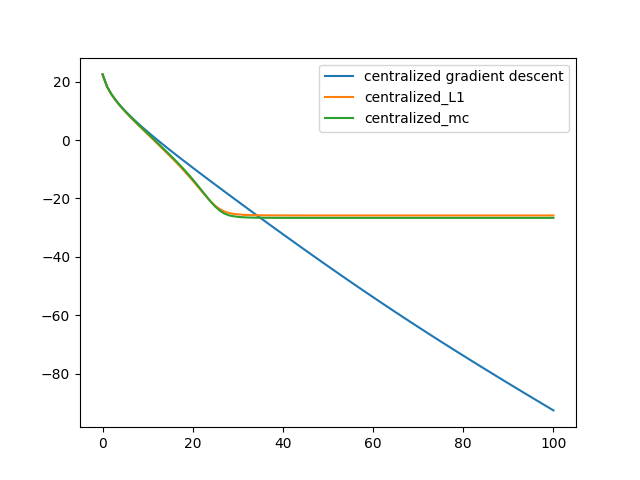
Repository: komuro-zero/distributed-optimization
Script's output: python main_weakly_sparse.py
The author's editor kept a copy of each file at every save. The script's output is drawn from the files as they stood at one save, then again after a run of saves.
Random numbers start from a fixed seed.

Above is the script's output before, as saved 2019-09-26 19:34:21.

### main_weakly_sparse.py
import numpy as np
import matplotlib.pyplot as plt
from numpy.random import *
from modules.distributed_functions_wj import functions


np.random.seed(0)
class distributed_updates(functions):


    def __init__(self):

        self.N = 40
        self.m = 100
        self.r_i = 30
        self.iteration = 100
        self.sparsity_percentage = 0.2
        #self.lamb = 10**-3
        #self.eta = 0.2
        #self.rho = s
        #self.lamb*(10**2)
        self.lamb = 1
        self.eta = 0.003
        self.rho = self.lamb*(1**2)
        if self.lamb/self.rho <= self.eta*self.lamb:
            print("faulty rho")
            exit()

    def make_variables(self):
        """
        w_star,U_all,d_allを返㝙
        """
        how_weak = 0.1
        w = randn(self.N,1)
        w_star = self.w_star_weakly_sparse(self.N,self.sparsity_percentage,how_weak)
        U_all = randn(self.m,self.N)
        w_star_noise = w_star #+randn(self.N,1)/100
        #w_star_noise = w_star_noise/np.dot(w_star_noise.T,w_star_noise)
        d_all = np.dot(U_all,w_star_noise)
        L2 = np.dot(w_star.T,w_star)

        return w,w_star,U_all,d_all,L2,w_star_noise

    def run(self):
        w,w_star,U_all,d_all,L2,w_star_noise = self.make_variables()
        c = self.adjacency_matrix(self.m,self.r_i)
        self.disjoint_checker(c,self.m)
        w_all = self.make_w(self.m,self.N)

        error_cgd,wcgd = self.centralized_gradient_descent(U_all,d_all,w,w_star,L2,0.003,self.iteration)
        error,wcl1 = self.centralized_L1(U_all,d_all,w,w_star,L2,0.003,0.003,self.iteration)
        error,wcmc = self.centralized_mc(U_all,d_all,w,w_star,L2,self.lamb,self.eta,self.rho,self.iteration)
        #self.distributed_gradient_descent_wj(U_all,d_all,w_star,L2,self.N,self.m,self.r_i,0.25,self.iteration,c,w_all,wcgd)
        #self.distributed_L1_wj(U_all,d_all,w_star,L2,self.N,self.m,self.r_i,10**-4,0.24,self.iteration,c,w_all,wcl1)
        #self.distributed_mc_wj(U_all,d_all,w_star,L2,self.N,self.m,self.r_i,self.lamb,self.eta,self.rho,self.iteration,c,w_all,wcmc)
        #self.distributed_gradient_descent(U_all,d_all,w_star,L2,self.N,self.m,self.r_i,0.21,self.iteration,c,w_all)
        #self.distributed_mc(U_all,d_all,w_star,L2,self.N,self.m,self.r_i,self.lamb,self.eta,self.rho,self.iteration,c,w_all)

        #error = [cgd[-1],cl1,cmc[-1],dgd[-1],dl1[-1],dmc[-1]]
        #return error[-1]#w_star,w_star_noise,wcgd,wcl1,wcmc

"""
    #not completed
    def run_distributed(self):
        w,w_star,U_all,d_all,L2 = self.make_variables()

        lamb_l1 = 9*10**-5
        lamb_mc = 10**-3
        eta_gd = 0.1
        eta_l1 = 0.09
        eta_mc = 0.01

        self.distributed(U_all,d_all,w_star,L2,self.N,self.m,self.r_i,lamb_l1,lamb_mc,eta_gd,eta_l1,eta_mc,self.rho,self.iteration)
"""


if __name__ == "__main__":
    simulation = distributed_updates()
    cgd=cl1=cmc=dgd=dl1=dmc=[]
    for i in range(1):
        simulation.run()
        #cgd.append(error)
        """
        error = simulation.run()
        cgd.append(error[0])
        cl1.append(error[1])
        cmc.append(error[2])
        dgd.append(error[3])
        dl1.append(error[4])
        dmc.append(error[5])

        print("iteration:",i)
        """
    #times = range(len(cgd))

    #print("average:",sum(cgd)/len(cgd),"\n max:",max(cgd))
    #print("w_star:",w_star,"\nwcgd:",wcgd-w_star_noise,"\nwcl1:",wcl1-w_star_noise,"\nwcmc:",wcmc-w_star_noise)
    #plt.bar(times,cgd)
    plt.legend()
    plt.show()

### modules/distributed_functions_wj.py
#functions used in each simulations
import numpy as np
from numpy.random import *
import matplotlib.pyplot as plt

#np.random.seed(0)

class functions():
	def w_star(self,N,sparse_percentage):
		w_star = randn(N,1)     #平均は0
		before_length = len(w_star)
		after_length = before_length
		while (after_length / before_length) > sparse_percentage:
			a = randint(0,N-1)
			w_star[a] = 0
			after_length = len(np.unique(w_star))-1  #重複要素の削除
		return w_star

	def w_star_weakly_sparse(self,N,sparse_percentage,how_weak):
		w_star = randn(N,1)     #平均は0
		before_length = len(w_star)
		after_length = before_length
		while (after_length / before_length) > sparse_percentage:
			a = randint(0,N-1)
			w_star[a] = 0
			after_length = len(np.unique(w_star))-1  #重複要素の削除
		w_star_prox = np.zeros((len(w_star),1))
		for i in range(len(w_star)):
			if w_star[i] == 0:
				w_star_prox[i] = randn()
		w_star_prox = w_star_prox/np.dot(w_star_prox.T,w_star_prox)
		w_star = w_star/np.dot(w_star.T,w_star)
		w_star += how_weak*w_star_prox
		return w_star

	def w_star_weakly_sparse_sample(self,N,sparse_percentage):
		w_star = self.w_star(N,sparse_percentage)
		for i in range(len(w_star)):
			if w_star[i] == 0:
				w_star[i] = 0.0001
			else:
				w_star[i] = 1
		return w_star

	def db(self,x, y):
		db = 10 * np.log10(x / y)
		return db[0][0]

	def adjacency_matrix(self,m,r_i):
		"""
		disjointed example
		a = [1]*r_i
		b = [0]*(m-r_i)
		a.extend(b)
		c = [1]*r_i
		d = [0]*(m-r_i)
		d.extend(c)
		aa = [a]*int(m/2)
		dd = [d]*int(m/2)
		dd.extend(aa)
		result = np.array(dd)
		for i in range(len(result)):
			result[i][i]=1

		"""
		c = np.eye(m)
		for j in range(m):
			counter = 0
			while counter != r_i:
				random_num = np.random.randint(0,m)
				if c[j][random_num] != 1:
					c[j][random_num] = 1
					counter += 1
		return c

	def find_ones(self,row):
		result = [i for i, element in enumerate(row) if element == 1]
		return result

	def all_connections(self,c_list):
		result = []
		for row in c_list:
			result.append(self.find_ones(row))
		return result

	def delete_self(self,all_connection):
		for i in range(len(all_connection)):
			all_connection[i].remove(i)
		return all_connection

	def disjoint_checker(self,c,m):
		c_list = c.tolist()
		all_connection = self.all_connections(c_list)
		adjacent_matrix = self.delete_self(all_connection)
		check_node = adjacent_matrix[0]
		connected_node = adjacent_matrix[0]
		last_length = len(connected_node)
		check_node_box = []
		count = 1

		flag = True
		while flag:
			for i in check_node:
				check_node_box[0:0] = (all_connection[i])
			common_part = list(set(check_node_box) & set(connected_node))
			check_node = list(set(check_node_box) - set(common_part))
			connected_node[0:0] = check_node_box
			connected_node = list(set(connected_node))
			check_node_box = []
			now_length = len(connected_node)
			if now_length == last_length:
				flag = False
			count += 1
			if count > m or len(connected_node) == m:
				flag = False
			last_length = now_length
		if len(connected_node) == m:
			print("Your graph is not disjoint")
		else:
			print("Your graph is disjoint. connected nodes:",now_length)

	def w_average(self,w_all):
		result = [0]*len(w_all[0])
		for row in w_all:
			result += row
		result = result/len(w_all)
		return result

	def make_w(self,m,N):
		w = randn(N,1).T
		for i in range(m-1):
			w = np.concatenate((w,randn(N,1).T))
		return w

	def centralized_gradient_descent(self,Ut,d,w,w_star,L2,eta,iteration):
		error = [self.db(np.dot((w-w_star).T,w-w_star)[0],L2)]
		times = [0]
		one_error =0
		U = Ut.T
		for i in range(iteration):
			w = w - 2*eta*(np.dot(U,(np.dot(Ut,w)-d)))
			one_error = np.dot((w-w_star).T,w-w_star)[0]
			error.append(self.db(one_error,L2))
			times.append(i+1)
		plt.plot(times,error,label = "centralized gradient descent")
		return error,w

	def centralized_L1(self,Ut,d,w,w_star,L2,lamb,eta,iteration):
		error = [self.db(np.dot((w-w_star).T,w-w_star)[0],L2)]
		times = [0]
		one_error =0
		U = Ut.T
		for i in range(iteration):
			w = w - 2*eta*(np.dot(U,(np.dot(Ut,w)-d)))
			for j in range(len(w)):
				if w[j] > 0 and lamb < abs(w[j]):
					w[j] -= lamb
				elif w[j] < 0 and lamb < abs(w[j]):
					w[j] += lamb
				else:
					w[j] = 0
			one_error = np.dot((w-w_star).T,w-w_star)[0]
			error.append(self.db(one_error,L2))
			times.append(i+1)
		exec("plt.plot(times,error,label = 'centralized_L1')")
		return error,w

	def centralized_mc(self,Ut,d,w,w_star,L2,lamb,eta,rho,iteration):
		error = [self.db(np.dot((w-w_star).T,w-w_star)[0],L2)]
		times = [0]
		one_error =0
		U = Ut.T
		for i in range(iteration):
			w = w - 2*eta*(np.dot(U,(np.dot(Ut,w)-d)))
			for j in range(len(w)):
				if abs(w[j]) < eta*lamb:
					w[j] = 0
				elif eta*lamb < abs(w[j]) and abs(w[j]) < lamb/rho:
					w[j] = w[j]*(abs(w[j])-eta*lamb)/(abs(w[j])*(1-eta*rho))
				elif lamb/rho <= abs(w[j]):
					w[j] = w[j]
				else:
					print("banana")
			one_error = np.dot((w-w_star).T,w-w_star)[0]
			error.append(self.db(one_error,L2))
			times.append(i+1)
			one_error = 0
		plt.plot(times,error,label = "centralized_mc")
		return error,w

	def one_gradient_descent(self,Ut,d,w,eta):
		U = Ut.T
		w = w - 2*eta*((U*(np.dot(Ut,w)-d)))
		return w

	def one_L1(self,Ut,d,w,lamb,eta):
		U = Ut.T
		w = w - 2*eta*((U*(np.dot(Ut,w)-d)))
		for j in range(len(w)):
			if w[j] > 0 and lamb < abs(w[j]):
				w[j] -= lamb
			elif w[j] < 0 and lamb < abs(w[j]):
				w[j] += lamb
			else:
				w[j] = 0
		return w

	def one_mc(self,Ut,d,w,lamb,eta,rho):
		U = Ut.T
		w = w - 2*eta*((U*(np.dot(Ut,w)-d)))
		for j in range(len(w)):
			if abs(w[j]) <= eta*lamb:
				w[j] = 0
			elif eta*lamb < abs(w[j]) and abs(w[j]) < lamb/rho:
				w[j] = w[j]*(abs(w[j])-eta*lamb)/(abs(w[j])*(1-eta*rho))
			elif lamb/rho <= abs(w[j]):
				w[j] = w[j]
			else:
				print("banana")
		return w

	def distributed_gradient_descent(self,Ut,d,w_star,L2,N,m,r_i,eta,iteration,c,w_all_f):
		average_error = [0]
		for i in range(1,m+1,1):
			exec("u_%d = Ut[%d]" % (i,i-1))
			exec("d_%d = d[%d][0]" % (i,i-1))
			exec("w_%d = np.reshape(w_all_f[%d],(N,1)).ravel() " % (i,i-1))
			exec("w_next_%d = w_%d" % (i,i))
			exec("error_w_%d = []" % (i))
			exec("one_error_%d =[]" % (i))
			exec("average_error[0] += self.db(np.dot((w_%d-w_star.ravel()).T,w_%d-w_star.ravel()),L2)"%(i,i))
		average_error[0] = average_error[0]/m
		times = [0]
		for i in range(iteration):
			for j in range(1,m+1,1):
				exec("w_%d = self.one_gradient_descent(u_%d,d_%d,w_%d,eta)" % (j,j,j,j))
				exec("w_next_%d = w_%d" % (j,j))
			exec("w_all = [w_next_1]")
			for j in range(2,m+1):
				exec("w_all = np.concatenate((w_all,[w_next_%d]))" %(j))
			exec("average = (1/(r_i+1))*np.dot(c,w_all)")
			for j in range(1,m+1,1):
				exec("w_%d = average[%d]" % (j,j-1))
			for j in range(1,m+1,1):
				exec("one_error_%d = np.dot((w_%d-w_star.ravel()).T,w_%d-w_star.ravel())" % (j,j,j))
				exec("error_w_%d.append(self.db(one_error_%d,L2))" % (j,j))
			times.append(i+1)
		exec("w_all_f = w_all")
		exec("w_average = self.w_average(w_all)")
		for i in range(iteration):
			exec("average_error.append(error_w_1[%d])" % (i))
			for j in range(2,m+1,1):
				exec("average_error[%d] += error_w_%d[%d]" % (i+1,j,i))
			average_error[i+1] = average_error[i+1]/m
		plt.plot(times,average_error,label = 'distributed gradient descent')
		plt.legend()
		return average_error,w_all_f

	def distributed_L1(self,Ut,d,w_star,L2,N,m,r_i,lamb,eta,iteration,c,w_all_f):
		average_error = [0]
		for i in range(1,m+1,1):
			exec("u_%d = Ut[%d]" % (i,i-1))
			exec("d_%d = d[%d][0]" % (i,i-1))
			exec("w_%d = np.reshape(w_all_f[%d],(N,1)).ravel() " % (i,i-1))
			exec("w_next_%d = w_%d" % (i,i))
			exec("error_w_%d = []" % (i))
			exec("one_error_%d =[]" % (i))
			exec("average_error[0] += self.db(np.dot((w_%d-w_star.ravel()).T,w_%d-w_star.ravel()),L2)"%(i,i))
		average_error[0] = average_error[0]/m

		times = [0]
		for i in range(iteration):
			for j in range(1,m+1,1):
				exec("w_%d = self.one_L1(u_%d,d_%d,w_%d,lamb,eta)" % (j,j,j,j))
				exec("w_next_%d = w_%d" % (j,j))
			exec("w_all = [w_next_1]")
			for j in range(2,m+1):
				exec("w_all = np.concatenate((w_all,[w_next_%d]))" %(j))
			exec("average = (1/(r_i+1))*np.dot(c,w_all)")
			for j in range(1,m+1,1):
				exec("w_%d = average[%d]" % (j,j-1))
			for j in range(1,m+1,1):
				exec("one_error_%d = np.dot((w_%d-w_star.ravel()).T,w_%d-w_star.ravel())" % (j,j,j))
				exec("error_w_%d.append(self.db(one_error_%d,L2))" % (j,j))
			times.append(i+1)
		exec("w_average = self.w_average(w_all)")
		for i in range(iteration):
			exec("average_error.append(error_w_1[%d])" % (i))
			for j in range(2,m+1,1):
				exec("average_error[%d] += error_w_%d[%d]" % (i+1,j,i))
			average_error[i+1] = average_error[i+1]/m
		plt.plot(times,average_error,label = 'distributed L1')
		plt.legend()
		return average_error

	def distributed_mc(self,Ut,d,w_star,L2,N,m,r_i,lamb,eta,rho,iteration,c,w_all_f):
		average_error = [0]
		for i in range(1,m+1,1):
			exec("u_%d = Ut[%d]" % (i,i-1))
			exec("d_%d = d[%d][0]" % (i,i-1))
			exec("w_%d = np.reshape(w_all_f[%d],(N,1)).ravel() " % (i,i-1))
			exec("w_next_%d = w_%d" % (i,i))
			exec("error_w_%d = []" % (i))
			#exec("error_w_%d = [self.db(np.dot((w_%d-w_star.ravel()).T,w_%d-w_star.ravel()),L2)]" % (i,i,i))
			exec("one_error_%d =[]" % (i))
			exec("average_error[0] += self.db(np.dot((w_%d-w_star.ravel()).T,w_%d-w_star.ravel()),L2)"%(i,i))
		average_error[0] = average_error[0]/m
		times = [0]
		for i in range(iteration):
			for j in range(1,m+1,1):
				exec("w_%d = self.one_mc(u_%d,d_%d,w_%d,lamb,eta,rho)" % (j,j,j,j))
				exec("w_next_%d = w_%d" % (j,j))
			exec("w_all = [w_next_1]")
			for j in range(2,m+1):
				exec("w_all = np.concatenate((w_all,[w_next_%d]))" %(j))
			exec("average = (1/(r_i+1))*np.dot(c,w_all)")
			for j in range(1,m+1,1):
				exec("w_%d = average[%d]" % (j,j-1))
			for j in range(1,m+1,1):
				exec("one_error_%d = np.dot((w_%d-w_star.ravel()).T,w_%d-w_star.ravel())" % (j,j,j))
				exec("error_w_%d.append(self.db(one_error_%d,L2))" % (j,j))
			times.append(i+1)
		exec("w_average = self.w_average(w_all)")
		for i in range(iteration):
			exec("average_error.append(error_w_1[%d])" % (i))
			for j in range(2,m+1,1):
				exec("average_error[%d] += error_w_%d[%d]" % (i+1,j,i))
			average_error[i+1] = average_error[i+1]/m
		#for i in range(1,m+1):
		#	exec("plt.plot(times,error_w_%d)"%(i))
		plt.plot(times,average_error,label = 'distributed mc',color = "black")
		plt.legend()
		return average_error

	def distributed_gradient_descent_wj(self,Ut,d,w_star,L2,N,m,r_i,eta,iteration,c,w_all_f,wj):
		average_error = [0]
		L2wj = np.dot(wj.T,wj)
		for i in range(1,m+1,1):
			exec("u_%d = Ut[%d]" % (i,i-1))
			exec("d_%d = d[%d][0]" % (i,i-1))
			exec("w_%d = np.reshape(w_all_f[%d],(N,1)).ravel() " % (i,i-1))
			exec("w_next_%d = w_%d" % (i,i))
			exec("error_w_%d = []" % (i))
			exec("one_error_%d =[]" % (i))
			exec("average_error[0] += self.db(np.dot((w_%d-wj.ravel()).T,w_%d-wj.ravel()),L2wj)"%(i,i))
		average_error[0] = average_error[0]/m
		times = [0]
		for i in range(iteration):
			for j in range(1,m+1,1):
				exec("w_%d = self.one_gradient_descent(u_%d,d_%d,w_%d,eta)" % (j,j,j,j))
				exec("w_next_%d = w_%d" % (j,j))
			exec("w_all = [w_next_1]")
			for j in range(2,m+1):
				exec("w_all = np.concatenate((w_all,[w_next_%d]))" %(j))
			exec("average = (1/(r_i+1))*np.dot(c,w_all)")
			for j in range(1,m+1,1):
				exec("w_%d = average[%d]" % (j,j-1))
			for j in range(1,m+1,1):
				exec("one_error_%d = np.dot((w_%d-wj.ravel()).T,w_%d-wj.ravel())" % (j,j,j))
				#exec("print(one_error_%d)"%(j))
				exec("error_w_%d.append(self.db(one_error_%d,L2wj))" % (j,j))
			times.append(i+1)
		for i in range(iteration):
			exec("average_error.append(error_w_1[%d])" % (i))
			for j in range(2,m+1,1):
				exec("average_error[%d] += error_w_%d[%d]" % (i+1,j,i))
			average_error[i+1] = average_error[i+1]/m
		#exec("plt.plot(times,average_error,label = 'wj distributed gradient descent')")
		return average_error

	def distributed_L1_wj(self,Ut,d,w_star,L2,N,m,r_i,lamb,eta,iteration,c,w_all_f,wj):
		average_error = [0]
		L2wj = np.dot(wj.T,wj)
		for i in range(1,m+1,1):
			exec("u_%d = Ut[%d]" % (i,i-1))
			exec("d_%d = d[%d][0]" % (i,i-1))
			exec("w_%d = np.reshape(w_all_f[%d],(N,1)).ravel() " % (i,i-1))
			exec("w_next_%d = w_%d" % (i,i))
			exec("error_w_%d = []" % (i))
			exec("one_error_%d =[]" % (i))
			exec("average_error[0] += self.db(np.dot((w_%d-wj.ravel()).T,w_%d-wj.ravel()),L2wj)"%(i,i))
		average_error[0] = average_error[0]/m

		times = [0]
		for i in range(iteration):
			for j in range(1,m+1,1):
				exec("w_%d = self.one_L1(u_%d,d_%d,w_%d,lamb,eta)" % (j,j,j,j))
				exec("w_next_%d = w_%d" % (j,j))
			exec("w_all = [w_next_1]")
			for j in range(2,m+1):
				exec("w_all = np.concatenate((w_all,[w_next_%d]))" %(j))
			exec("average = (1/(r_i+1))*np.dot(c,w_all)")
			for j in range(1,m+1,1):
				exec("w_%d = average[%d]" % (j,j-1))
			for j in range(1,m+1,1):
				exec("one_error_%d = np.dot((w_%d-wj.ravel()).T,w_%d-wj.ravel())" % (j,j,j))
				exec("error_w_%d.append(self.db(one_error_%d,L2wj))" % (j,j))
			times.append(i+1)
		for i in range(iteration):
			exec("average_error.append(error_w_1[%d])" % (i))
			for j in range(2,m+1,1):
				exec("average_error[%d] += error_w_%d[%d]" % (i+1,j,i))
			average_error[i+1] = average_error[i+1]/m
		exec("plt.plot(times,average_error,label = 'wj distributed L1')")
		return average_error

	def distributed_mc_wj(self,Ut,d,w_star,L2,N,m,r_i,lamb,eta,rho,iteration,c,w_all_f,wj):
		average_error = [0]
		L2wj = np.dot(wj.T,wj)
		for i in range(1,m+1,1):
			exec("u_%d = Ut[%d]" % (i,i-1))
			exec("d_%d = d[%d][0]" % (i,i-1))
			exec("w_%d = np.reshape(w_all_f[%d],(N,1)).ravel() " % (i,i-1))
			exec("w_next_%d = w_%d" % (i,i))
			exec("error_w_%d = []" % (i))
			exec("one_error_%d =[]" % (i))
			exec("average_error[0] += self.db(np.dot((w_%d-wj.ravel()).T,w_%d-wj.ravel()),L2wj)"%(i,i))
		average_error[0] = average_error[0]/m
		times = [0]
		for i in range(iteration):
			for j in range(1,m+1,1):
				exec("w_%d = self.one_mc(u_%d,d_%d,w_%d,lamb,eta,rho)" % (j,j,j,j))
				exec("w_next_%d = w_%d" % (j,j))
			exec("w_all = [w_next_1]")
			for j in range(2,m+1):
				exec("w_all = np.concatenate((w_all,[w_next_%d]))" %(j))
			exec("average = (1/(r_i+1))*np.dot(c,w_all)")
			for j in range(1,m+1,1):
				exec("w_%d = average[%d]" % (j,j-1))
			for j in range(1,m+1,1):
				exec("one_error_%d = np.dot((w_%d-wj.ravel()).T,w_%d-wj.ravel())" % (j,j,j))

				exec("error_w_%d.append(self.db(one_error_%d,L2wj))" % (j,j))
			times.append(i+1)
		for i in range(iteration):
			exec("average_error.append(error_w_1[%d])" % (i))
			for j in range(2,m+1,1):
				exec("average_error[%d] += error_w_%d[%d]" % (i+1,j,i))
			average_error[i+1] = average_error[i+1]/m
		exec("plt.plot(times,average_error,label = 'wj distributed mc')")
		return average_error

After the next 2 saves:
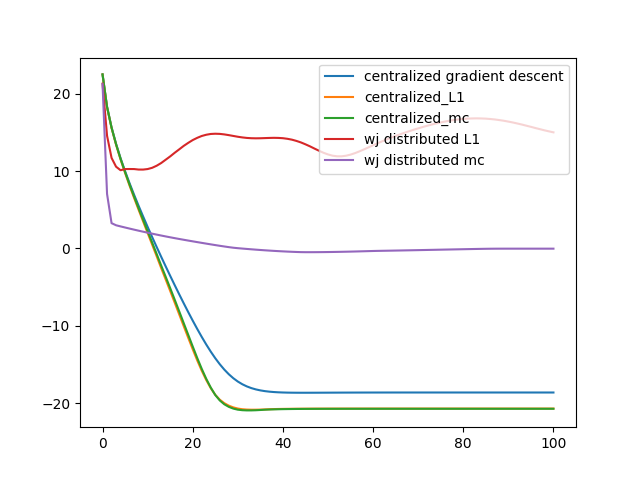
The 2 saves are shown as one change because they came seconds apart.
The last was saved 33 s later.
--- a/main_weakly_sparse.py
+++ b/main_weakly_sparse.py
@@ -34,7 +34,7 @@ class distributed_updates(functions):
         w = randn(self.N,1)
         w_star = self.w_star_weakly_sparse(self.N,self.sparsity_percentage,how_weak)
         U_all = randn(self.m,self.N)
-        w_star_noise = w_star #+randn(self.N,1)/100
+        w_star_noise = w_star +randn(self.N,1)/100
         #w_star_noise = w_star_noise/np.dot(w_star_noise.T,w_star_noise)
         d_all = np.dot(U_all,w_star_noise)
         L2 = np.dot(w_star.T,w_star)
@@ -50,9 +50,9 @@ class distributed_updates(functions):
         error_cgd,wcgd = self.centralized_gradient_descent(U_all,d_all,w,w_star,L2,0.003,self.iteration)
         error,wcl1 = self.centralized_L1(U_all,d_all,w,w_star,L2,0.003,0.003,self.iteration)
         error,wcmc = self.centralized_mc(U_all,d_all,w,w_star,L2,self.lamb,self.eta,self.rho,self.iteration)
-        #self.distributed_gradient_descent_wj(U_all,d_all,w_star,L2,self.N,self.m,self.r_i,0.25,self.iteration,c,w_all,wcgd)
-        #self.distributed_L1_wj(U_all,d_all,w_star,L2,self.N,self.m,self.r_i,10**-4,0.24,self.iteration,c,w_all,wcl1)
-        #self.distributed_mc_wj(U_all,d_all,w_star,L2,self.N,self.m,self.r_i,self.lamb,self.eta,self.rho,self.iteration,c,w_all,wcmc)
+        self.distributed_gradient_descent_wj(U_all,d_all,w_star,L2,self.N,self.m,self.r_i,0.25,self.iteration,c,w_all,wcgd)
+        self.distributed_L1_wj(U_all,d_all,w_star,L2,self.N,self.m,self.r_i,10**-4,0.24,self.iteration,c,w_all,wcl1)
+        self.distributed_mc_wj(U_all,d_all,w_star,L2,self.N,self.m,self.r_i,self.lamb,self.eta,self.rho,self.iteration,c,w_all,wcmc)
         #self.distributed_gradient_descent(U_all,d_all,w_star,L2,self.N,self.m,self.r_i,0.21,self.iteration,c,w_all)
         #self.distributed_mc(U_all,d_all,w_star,L2,self.N,self.m,self.r_i,self.lamb,self.eta,self.rho,self.iteration,c,w_all)
 
